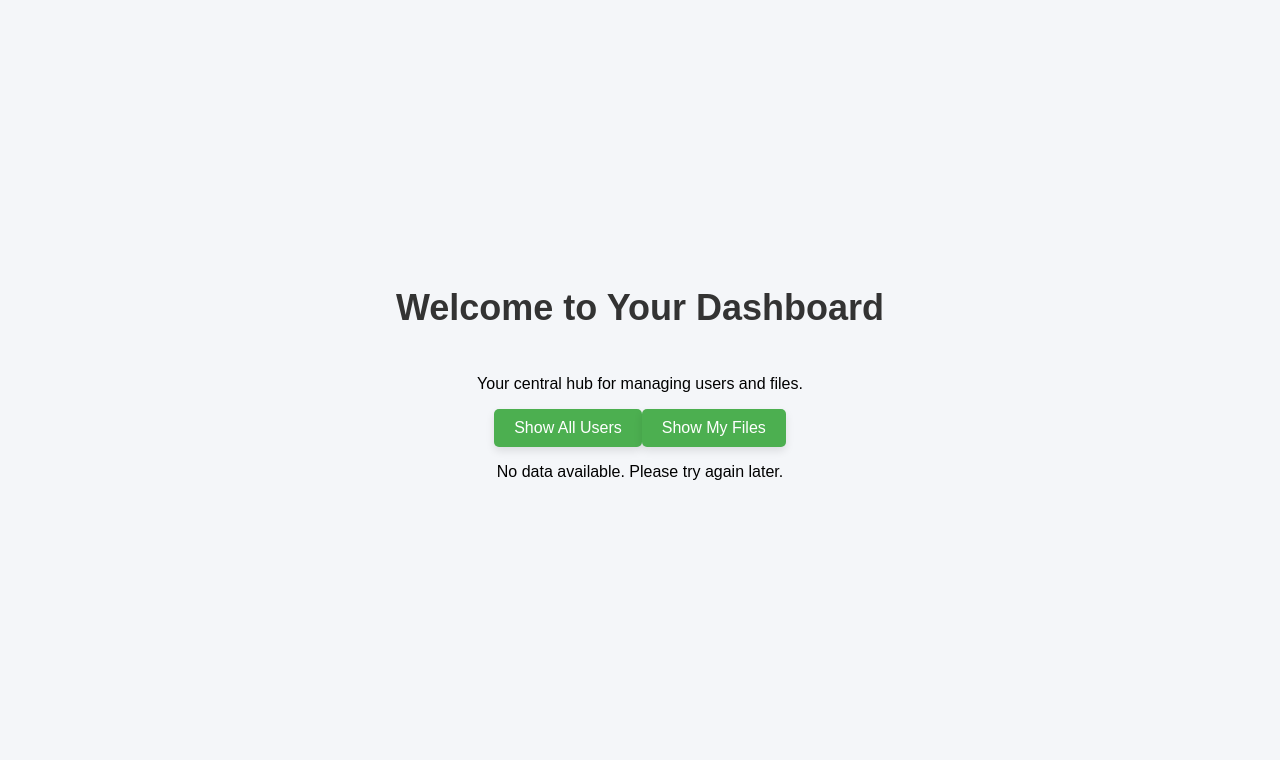
Repository: JaafarRezk/FrontEnd-InternetApplications
Page: /dashboard
These files come from the project's save history. The page is drawn as it stood at one moment and after the next save; the edit follows.
The browser window is 1280 px wide. The pictures show the whole page.
The project was rebuilt for these pictures with package versions that can differ from the ones it lists, and the page was loaded fresh each time. Also part of the build but not shown: src/styles/Home.module.css, src/components/Home.js, src/styles/Auth.module.css, src/components/Auth/Login.js, src/components/Auth/Register.js.

Above is the page before, as saved 2024-11-09 16:29:17.

After the next save:
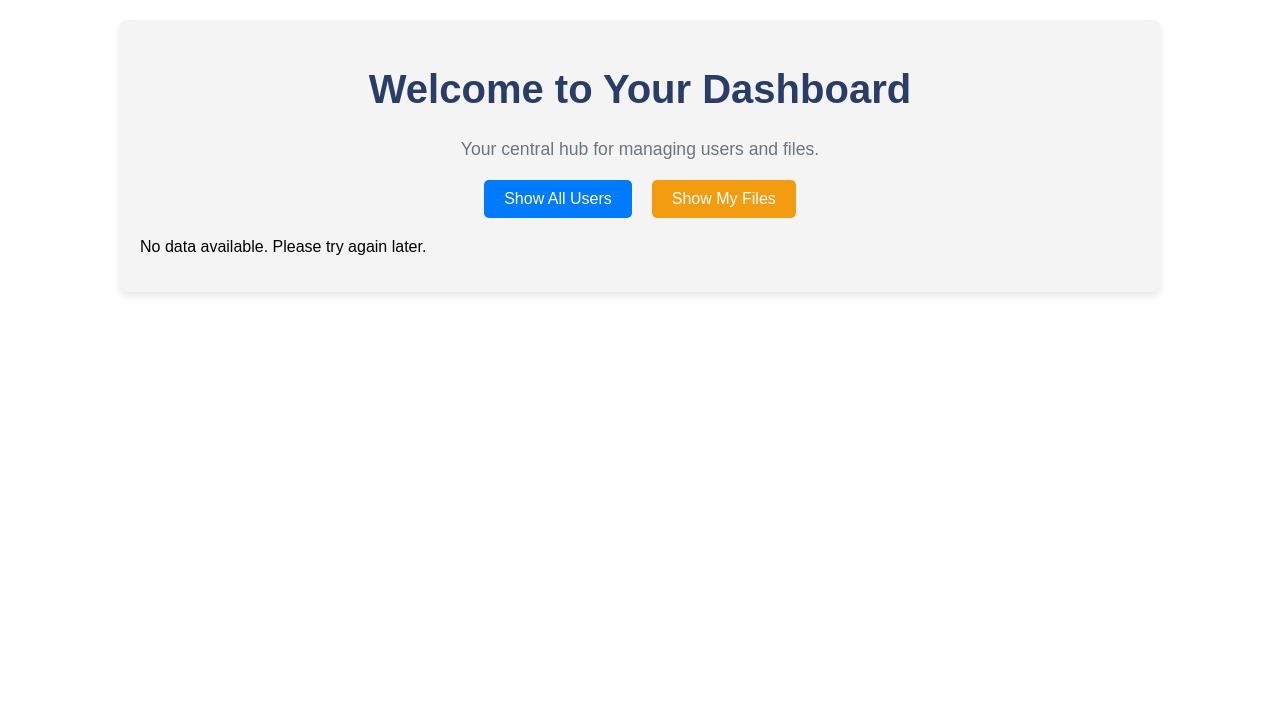
Saved 19 s later.
--- a/src/styles/Dashboard.module.css
+++ b/src/styles/Dashboard.module.css
@@ -1,87 +1,111 @@
-/* src/styles/Dashboard.module.css */
 .container {
-    display: flex;
-    flex-direction: column;
-    align-items: center;
-    justify-content: center;
-    height: 100vh;
-    background-color: #f4f6f9;
     padding: 20px;
     font-family: 'Arial', sans-serif;
-  }
+    background-color: #f4f4f4;
+    border-radius: 8px;
+    box-shadow: 0 4px 8px rgba(0, 0, 0, 0.1);
+    max-width: 1000px;
+    margin: 20px auto;
+    transition: transform 0.3s ease-in-out;
+}
 
-  .header {
+.container:hover {
+    transform: translateY(-10px);
+}
+
+.header {
+    font-size: 2.5rem;
+    color: #2a3d66;
     text-align: center;
-    font-size: 36px;
-    color: #333;
-    margin-bottom: 30px;
-  }
+}
 
-  .button-container {
+.subHeader {
+    font-size: 1.1rem;
+    color: #6c757d;
+    text-align: center;
+}
+
+.buttonContainer {
     display: flex;
+    justify-content: center;
     gap: 20px;
-    margin-bottom: 30px;
-  }
+    margin-top: 20px;
+}
 
-  .button {
+.button {
     padding: 10px 20px;
-    font-size: 16px;
-    cursor: pointer;
+    font-size: 1rem;
     background-color: #4CAF50;
     color: white;
     border: none;
     border-radius: 5px;
-    transition: background-color 0.3s, transform 0.3s;
-    box-shadow: 0 4px 8px rgba(0, 0, 0, 0.1);
-  }
+    cursor: pointer;
+    transition: background-color 0.3s ease, transform 0.3s ease;
+}
 
-  .button:hover {
+.button:disabled {
+    background-color: #ccc;
+    cursor: not-allowed;
+}
+
+.button:hover {
     background-color: #45a049;
     transform: scale(1.05);
-  }
+}
 
-  .card-container {
-    display: grid;
-    grid-template-columns: repeat(auto-fill, minmax(250px, 1fr));
-    gap: 20px;
-    width: 100%;
-    max-width: 1200px;
-  }
+.usersButton {
+    background-color: #007bff;
+}
 
-  .card {
-    background-color: white;
+.usersButton:hover {
+    background-color: #0056b3;
+}
+
+.filesButton {
+    background-color: #f39c12;
+}
+
+.filesButton:hover {
+    background-color: #e67e22;
+}
+
+.dataContainer {
+    margin-top: 20px;
+}
+
+.card {
+    background-color: #fff;
     padding: 20px;
+    margin-bottom: 20px;
     border-radius: 8px;
-    box-shadow: 0 2px 8px rgba(0, 0, 0, 0.1);
+    box-shadow: 0 4px 6px rgba(0, 0, 0, 0.1);
     transition: transform 0.3s ease;
-  }
+}
 
-  .card:hover {
-    transform: translateY(-5px);
-  }
+.card:hover {
+    transform: scale(1.05);
+}
 
-  .card h3 {
+.cardTitle {
+    font-size: 1.5rem;
+    color: #2a3d66;
     margin-bottom: 10px;
-    font-size: 18px;
+}
+
+.list {
+    list-style-type: none;
+    padding-left: 0;
+}
+
+.listItem {
+    font-size: 1.1rem;
     color: #333;
-  }
+    padding: 5px 0;
+    border-bottom: 1px solid #ddd;
+}
 
-  .card ul {
-    list-style-type: none;
-    padding: 0;
-  }
-
-  .card ul li {
-    margin: 5px 0;
-    color: #555;
-  }
-
-  .error {
+.error {
     color: red;
-    margin-top: 20px;
-  }
-
-  .success {
-    color: green;
-    margin-top: 20px;
-  }
+    text-align: center;
+    font-weight: bold;
+}
